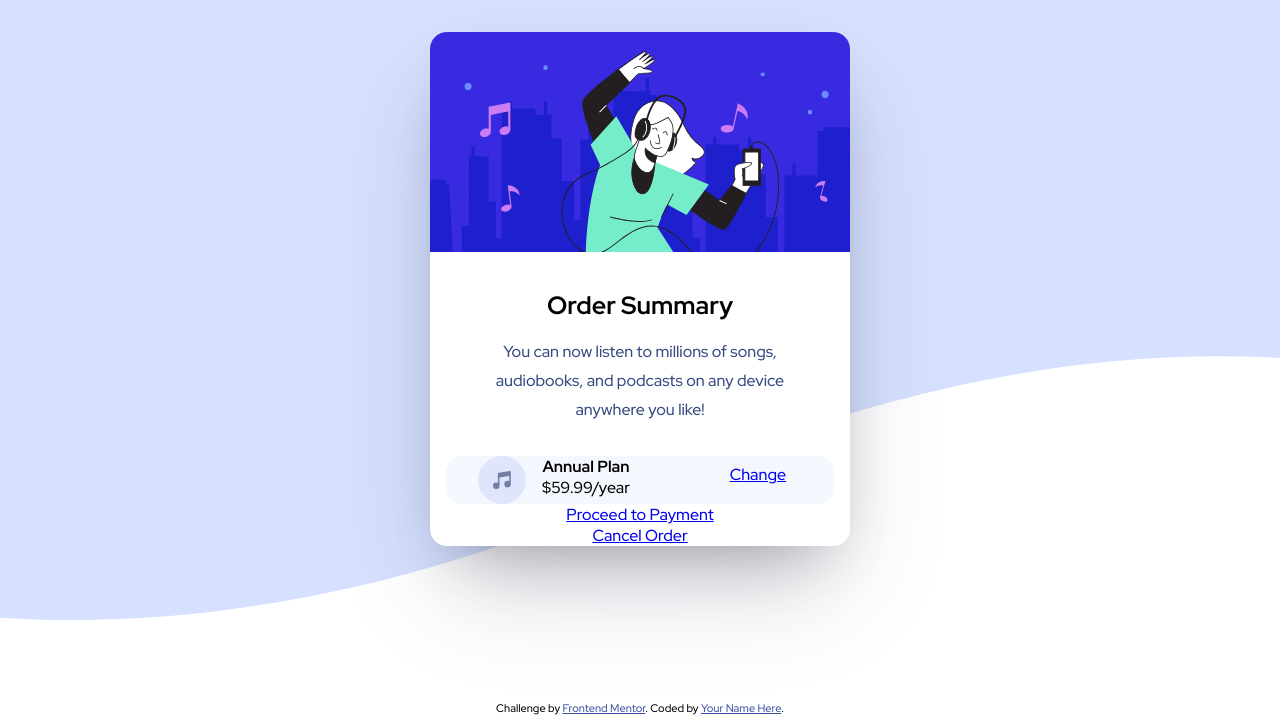
Repository: DejV44/order-summary-frontend
Page: index.html
An editor plug-in stored every save of this project. The page is shown before and after the next save, followed by the edit.
The browser window is 1280 px wide. The pictures show the whole page.
The style sheet was rebuilt from its Sass, Less or Tailwind sources for each picture, by a compiler version that may differ from the author's.

Above is the page before, as saved 2021-08-12 21:28:07.

After the next save:
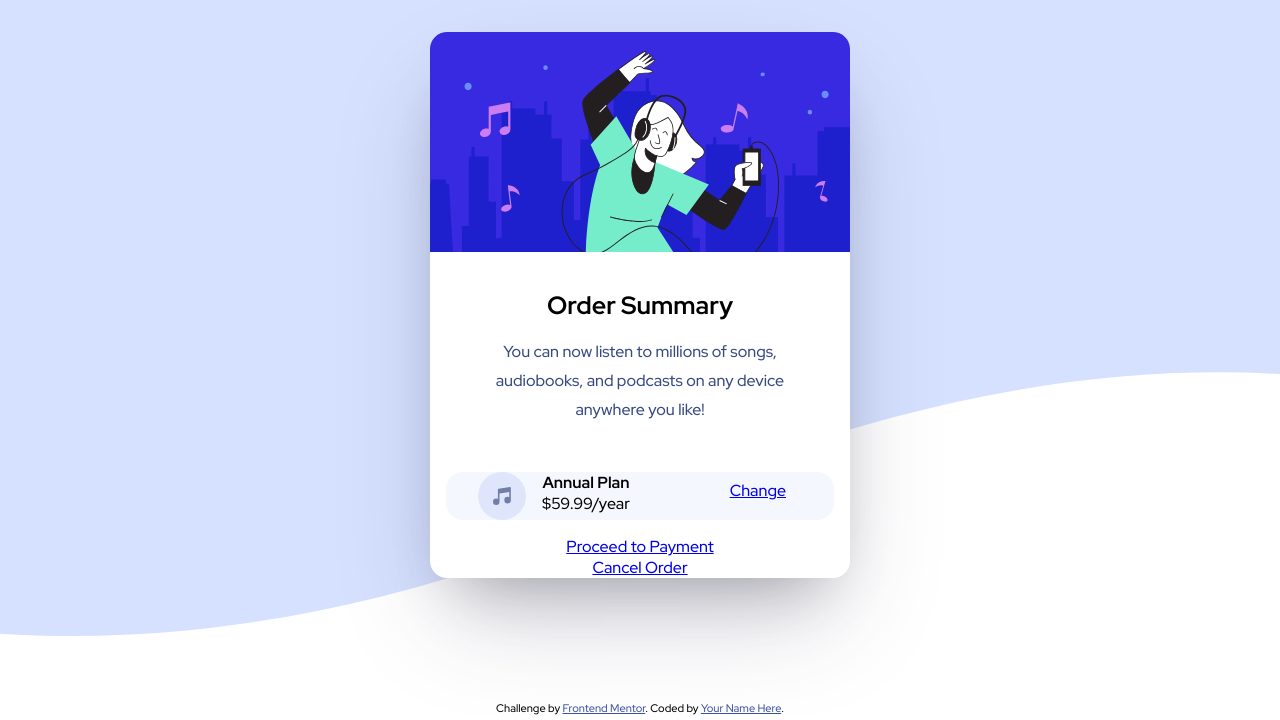
Saved 18 s later.
--- a/css/style.scss
+++ b/css/style.scss
@@ -29,7 +29,7 @@ body {
     justify-content: space-between;
     @include border;
     background: $VeryPaleBlue;
-    margin: 0 1rem;
+    margin: 1rem;
     .annual {
         display: flex;
         padding: 0 2rem;
